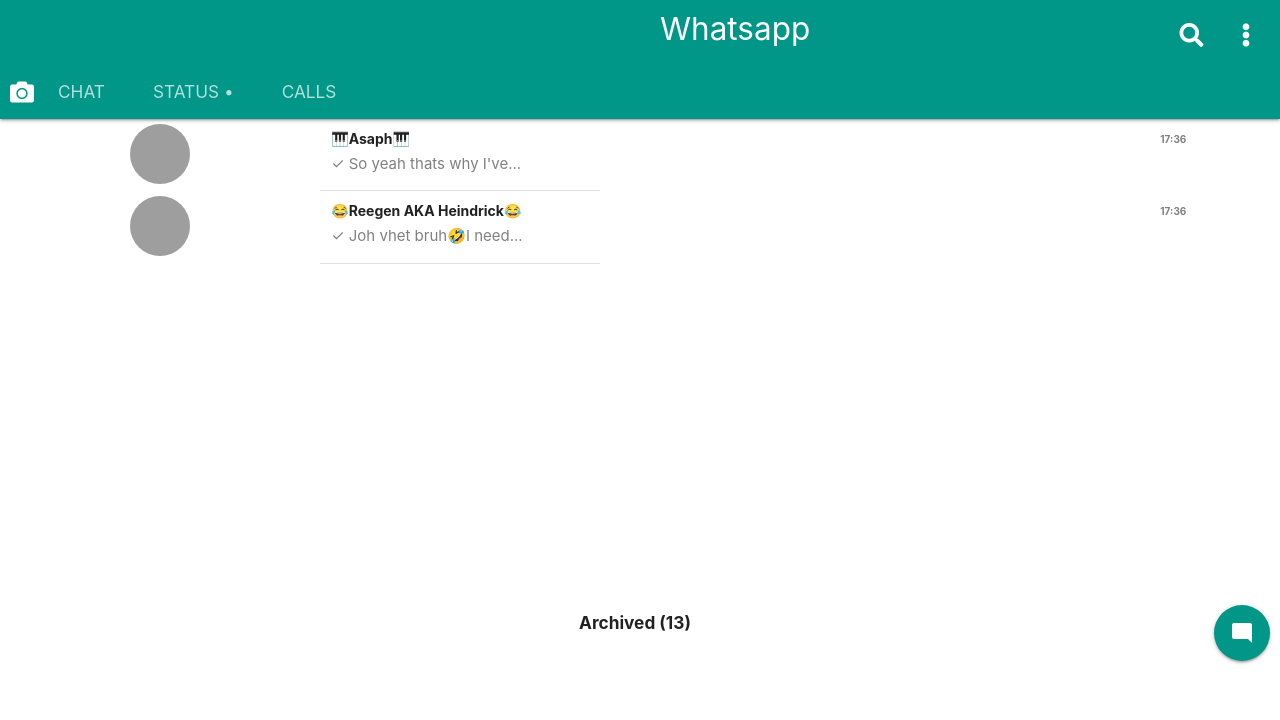
Repository: Ajtheult/Whatsapp_recreation
Page: /
These files come from the project's save history. The page is drawn as it stood at one moment and after the next save; the edit follows.
The browser window is 1280 px wide. The pictures show the whole page.
Pictures or frames that could not be fetched are drawn as grey boxes. The project was rebuilt for these pictures with package versions that can differ from the ones it lists, and the page was loaded fresh each time. Also part of the build but not shown: src/components/layout/pages/StatusMenu.js, src/components/layout/pages/CallMenu.js.

Above is the page before, as saved 2020-07-31 12:17:03.

After the next save:
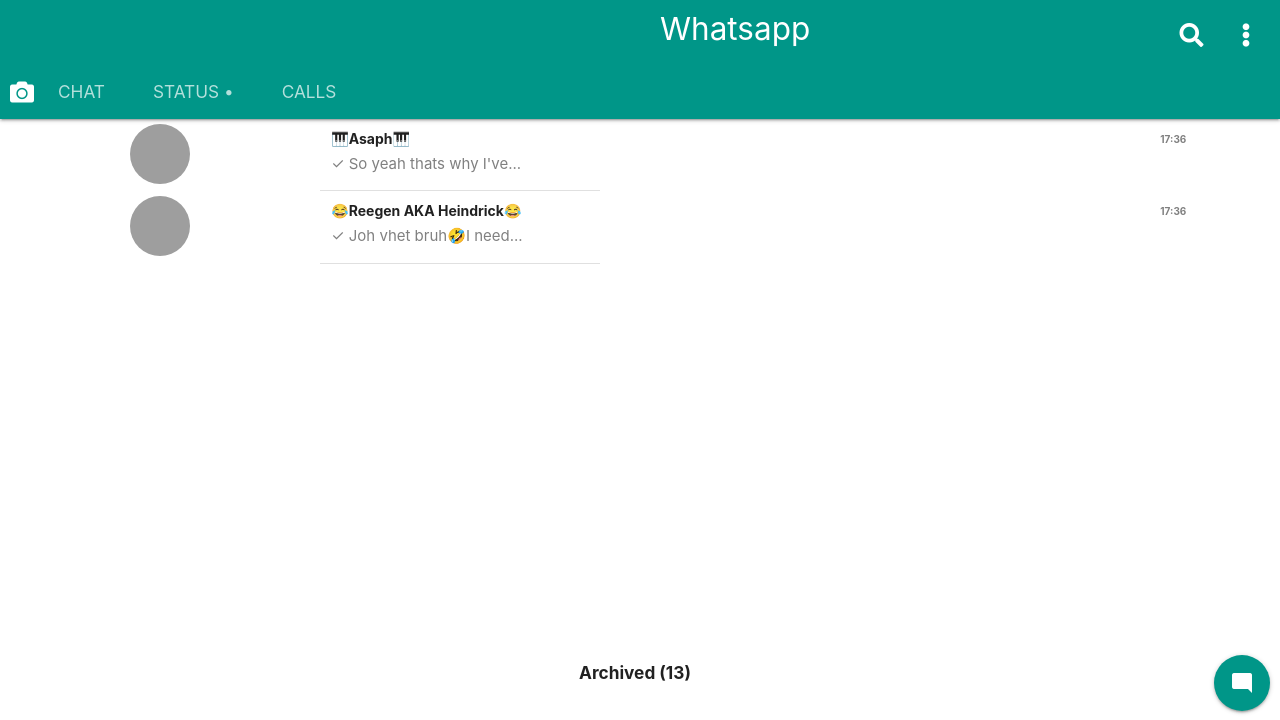
Saved 28 s later.
--- a/src/App.css
+++ b/src/App.css
@@ -27,7 +27,7 @@
 
 .move_message_icon_in_chat_menu {
   margin-right: 10px;
-  margin-top: 350px;
+  margin-top: 400px;
   /* I will have to adjust the top after inserting the grid on top */
 }
 

After the save that followed:
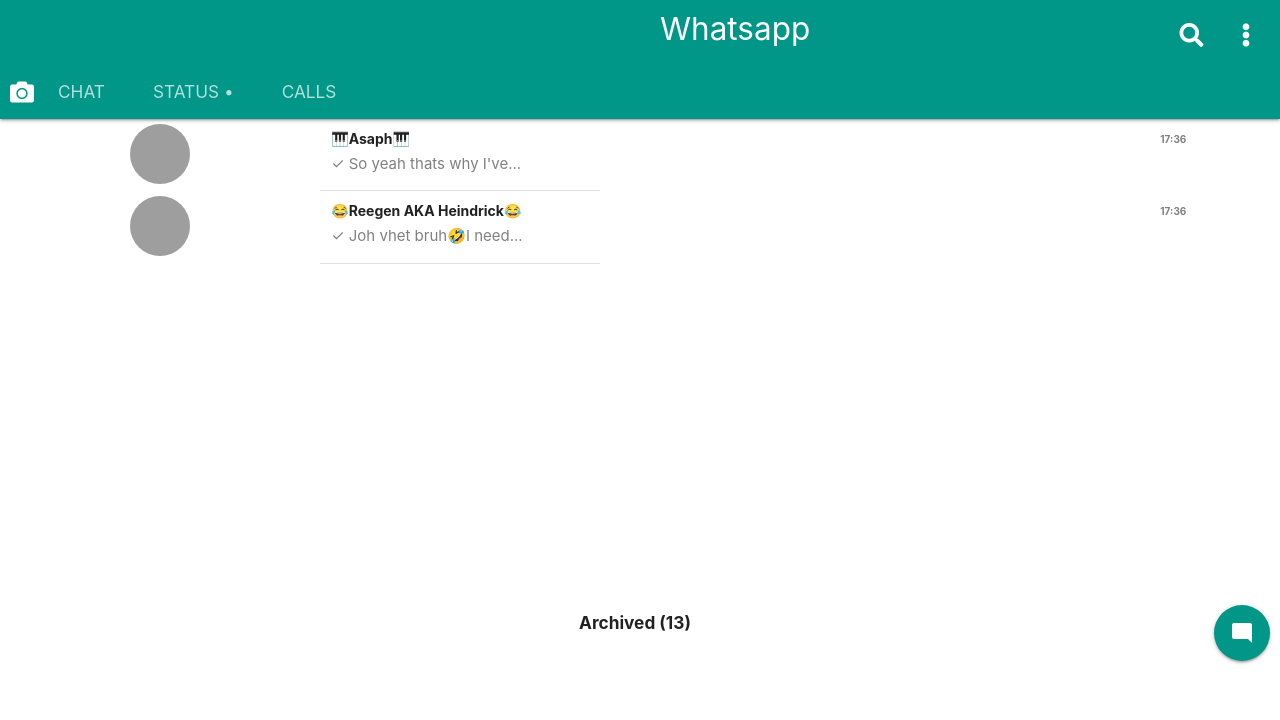
Saved 36 s later.
--- a/src/App.css
+++ b/src/App.css
@@ -27,7 +27,7 @@
 
 .move_message_icon_in_chat_menu {
   margin-right: 10px;
-  margin-top: 400px;
+  margin-top: 350px;
   /* I will have to adjust the top after inserting the grid on top */
 }
 
